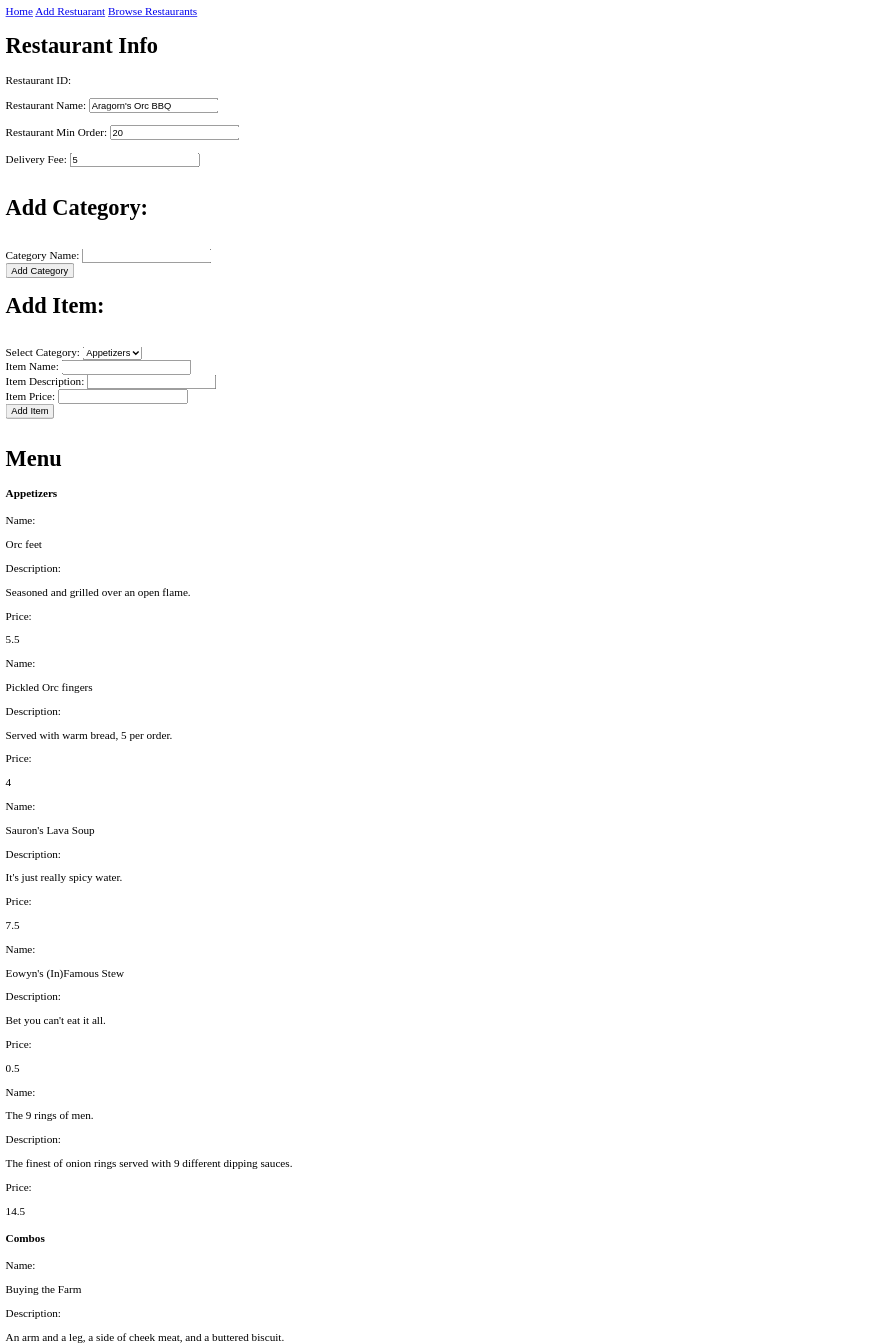
Repository: hudaali14/Carleton
Page: http://localhost/restaurants/0
These files come from the project's save history. The page is drawn as it stood at one moment and after the next save; the edit follows.
The browser window is 1280 px wide. The pictures show the part of the page from y = 0 to 1920 px (the page is 3709 px tall before and 4093 px after), at 70% of full size.
The page is served by the project's Node server (server.js).

Above is the page before, as saved 2020-03-13 11:07:02.
Console error (its wording comes from the project's code and is left out).

After the next save:
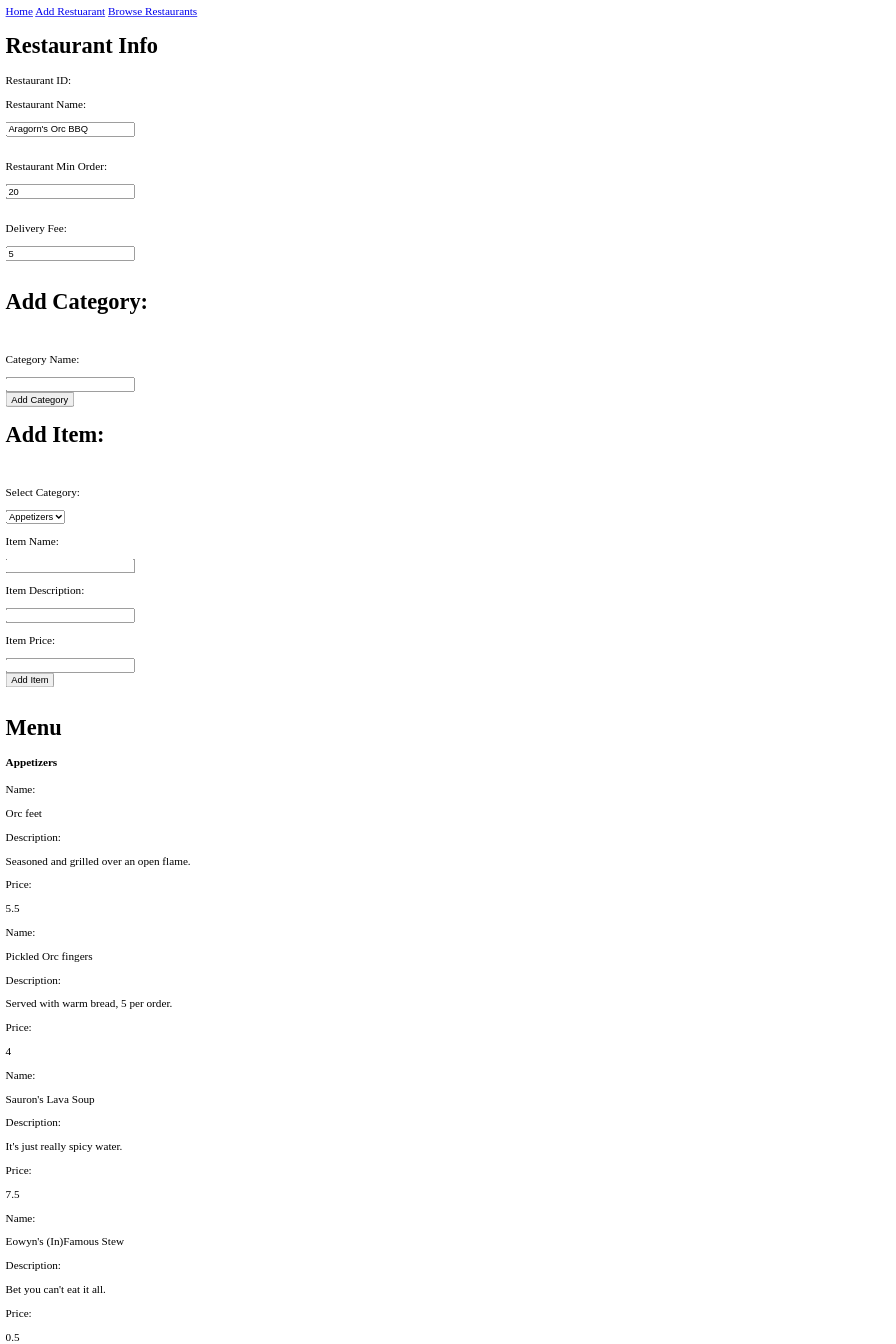
Saved 4 h 11 min later.
--- a/2406/Assignments/Assignment3 (100)/views/pages/restaurantpage.pug
+++ b/2406/Assignments/Assignment3 (100)/views/pages/restaurantpage.pug
@@ -5,22 +5,26 @@ body
     include ../partials/header
     h1 Restaurant Info
     p#idres Restaurant ID:
-    | Restaurant Name:
+    p
+        | Restaurant Name:
     input(type= "text", id="name", value = restaurant.name)
     br
     br
-    | Restaurant Min Order:
+    p
+        | Restaurant Min Order:
     input(type= "text", id="min", value = restaurant.min_order)
     br
     br
-    | Delivery Fee:
+    p
+        | Delivery Fee:
     input(type= "text", id="delivery", value = restaurant.delivery_fee)
     br
     br
 
     h1 Add Category:
     br
-    | Category Name:
+    p
+        | Category Name:
     input(type= "text", id="category")
     br
 
@@ -29,19 +33,23 @@ body
 
     h1 Add Item:
     br
-    | Select Category:
+    p
+        | Select Category:
     - let menu = Object.keys(restaurant.menu);
     select
         each category in menu
             option=category
     br
-    | Item Name:
+    p
+        | Item Name:
     input(type= "text", id="itemname")
     br
-    | Item Description:
+    p
+        | Item Description:
     input(type= "text", id="itemdescription")
     br
-    | Item Price:
+    p
+        | Item Price:
     input(type= "text", id="itemprice")
     br
     button(type="button", id="additembutton") Add Item
